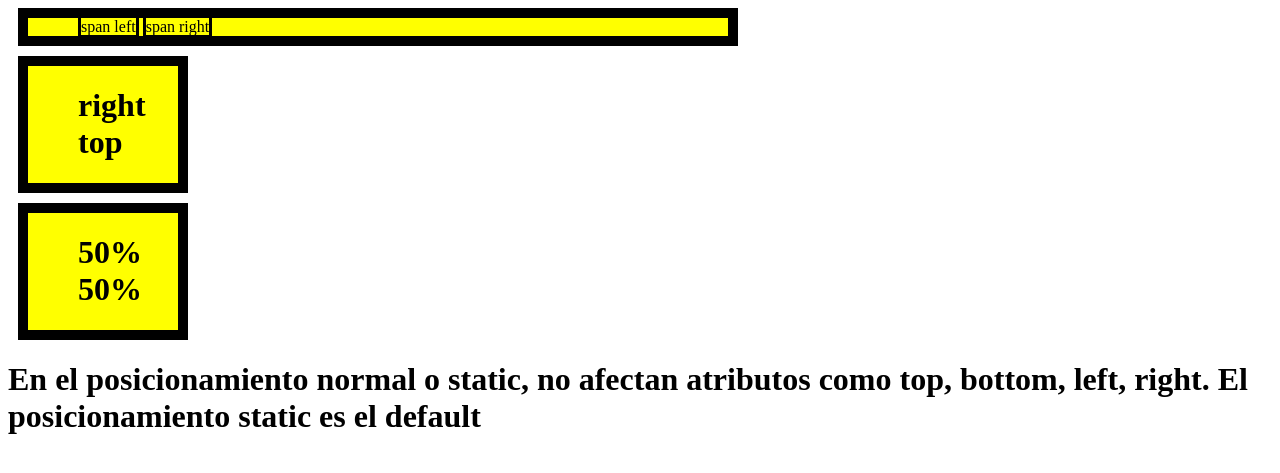
Repository: antonio63j/misNotas
Page: software/CSS/Demos/aptana_proyect/src/static-normal.html
These files come from the project's save history. The page is drawn as it stood at one moment and after the next save; the edit follows.
The browser window is 1280 px wide. The pictures show the whole page.

Above is the page before, as saved 2017-04-23 15:56:48.

### software/CSS/Demos/aptana_proyect/src/static-normal.html
<!DOCTYPE html>
<html>
<head>
<style>


#caja0 {
  position:static;

  bottom:7px;
  width: 300px;
  padding-left:  50px;
  padding-right: 50px;
  margin-left:   10px;
  margin-right:  10px;
  border: 10px solid black;
  margin-bottom:10px;
  background-color:cian;
}


#caja1 {
  position:static;
  bottom:1px;
  left:20px;
  width: 600px;
  padding-left:  50px;
  padding-right: 50px;
  margin-left:   10px;
  margin-right:  10px;
  border: 10px solid black;
  margin-bottom:10px;
  background-color:yellow;
}

#caja2 {
  position:static;
  top:-110px;
  width: 50px;
  padding-left:  50px;
  padding-right: 50px;
  margin-left:   10px;
  margin-right:  10px;
  border: 10px solid black;
  margin-bottom:10px;
  background-color:yellow;
}

#caja1 span {
	  border: 3px solid black;
}

#caja3 {
  position:static;
  top:-110px;
  width: 50px;
  padding-left:  50px;
  padding-right: 50px;
  margin-left:   10px;
  margin-right:  10px;
  border: 10px solid black;
  margin-bottom:10px;
  background-color:yellow;
}


</style>
</head>



<body>

<div id="caja1"><span>span left</span> <span>span right</span></div>
<div id="caja2"><h1>right top</h1></div>
<div id="caja3"><h1>50% 50%</h1></div>

<h1> En el posicionamiento normal o static, no afectan atributos como top, bottom, left, right. El posicionamiento static es el default</h1>
</body>
</html>

After the next save:
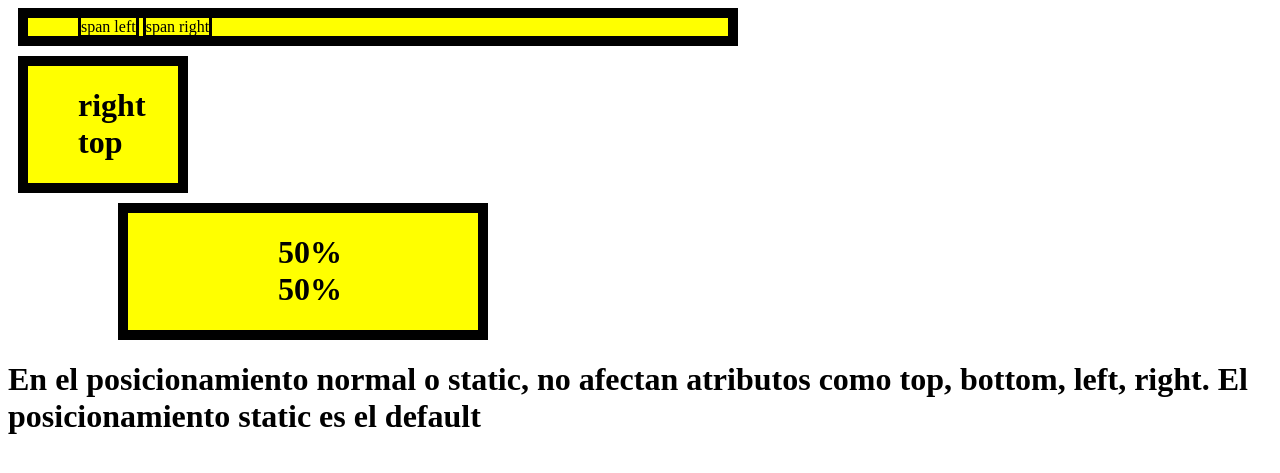
Saved 4 min 36 s later.
--- a/software/CSS/Demos/aptana_proyect/src/static-normal.html
+++ b/software/CSS/Demos/aptana_proyect/src/static-normal.html
@@ -54,10 +54,10 @@
   position:static;
   top:-110px;
   width: 50px;
-  padding-left:  50px;
-  padding-right: 50px;
-  margin-left:   10px;
-  margin-right:  10px;
+  padding-left:  150px;
+  padding-right: 150px;
+  margin-left:   110px;
+  margin-right:  110px;
   border: 10px solid black;
   margin-bottom:10px;
   background-color:yellow;

After the 4 saves that followed:
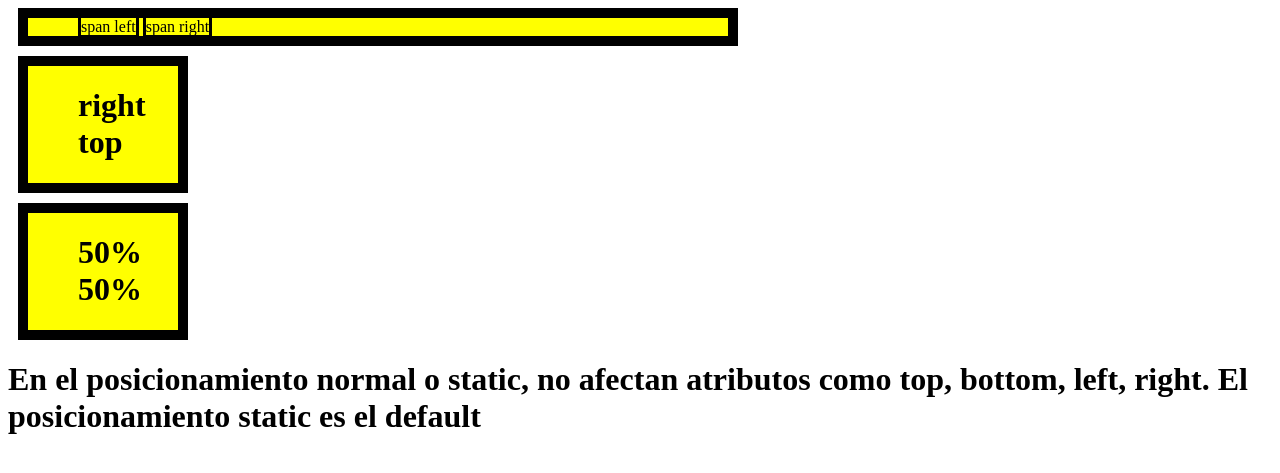
The 4 saves are shown as one change because 3 left the picture as it was.
The last was saved 2 min 3 s later.
--- a/software/CSS/Demos/aptana_proyect/src/static-normal.html
+++ b/software/CSS/Demos/aptana_proyect/src/static-normal.html
@@ -52,12 +52,13 @@
 
 #caja3 {
   position:static;
-  top:-110px;
+  top:210px;
+  left:100px;
   width: 50px;
-  padding-left:  150px;
-  padding-right: 150px;
-  margin-left:   110px;
-  margin-right:  110px;
+  padding-left:  50px;
+  padding-right: 50px;
+  margin-left:   10px;
+  margin-right:  10px;
   border: 10px solid black;
   margin-bottom:10px;
   background-color:yellow;
